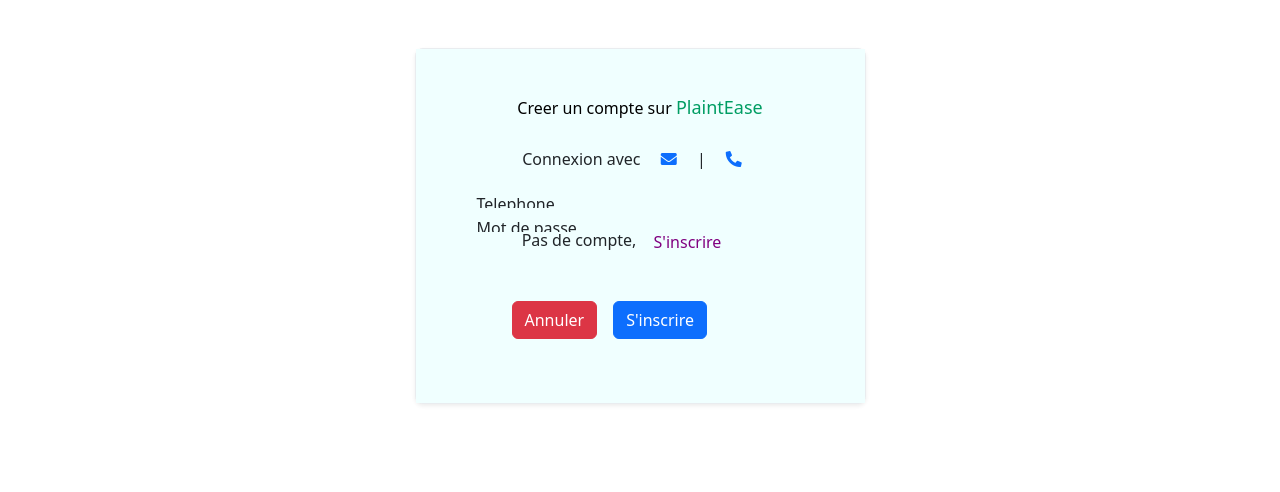
Repository: Senare1/PlaintEasy
Page: accounts/templates/accounts/login_phone.html
These files come from the project's save history. The page is drawn as it stood at one moment and after the next save; the edit follows.
The browser window is 1280 px wide. The pictures show the whole page.
The template is drawn by Django 4.2. The application's start-up code is not run. The template is opened directly, without the code that normally fills it, so the values that code supplies are empty.

Above is the page before, as saved 2024-08-10 13:46:23.

After the next save:
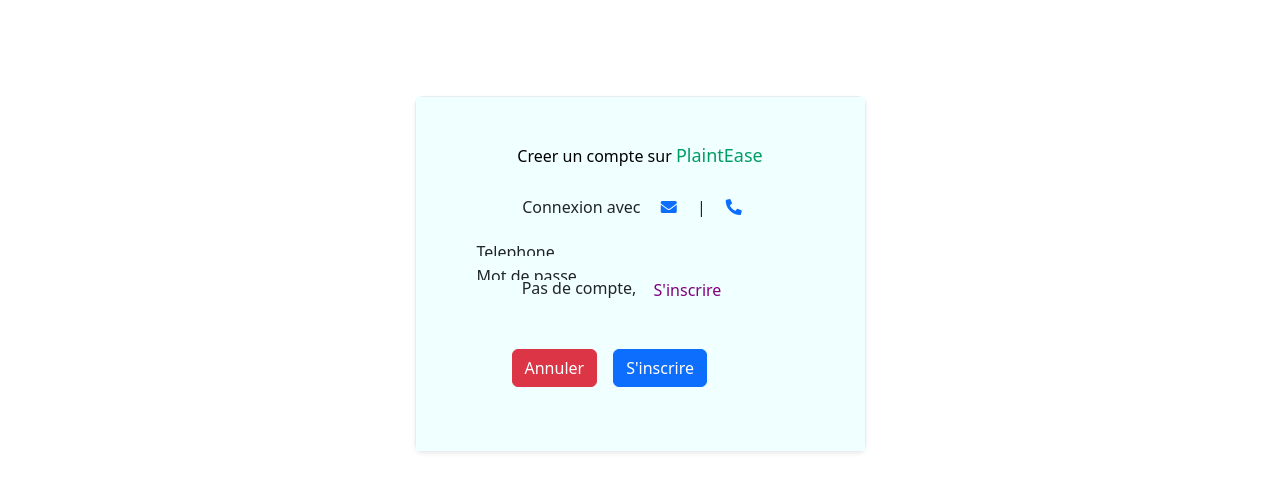
Saved 58 s later.
--- a/accounts/templates/accounts/login_phone.html
+++ b/accounts/templates/accounts/login_phone.html
@@ -26,7 +26,7 @@
 </head>
 <body>
 
-    <section class="py-3 py-md-5">
+    <section class="py-3 py-md-5 my-5">
         <div class="container">
           <div class="row justify-content-center">
             <div class="col-12 col-sm-10 col-md-8 col-lg-6 col-xl-5 col-xxl-4">

After the save that followed:
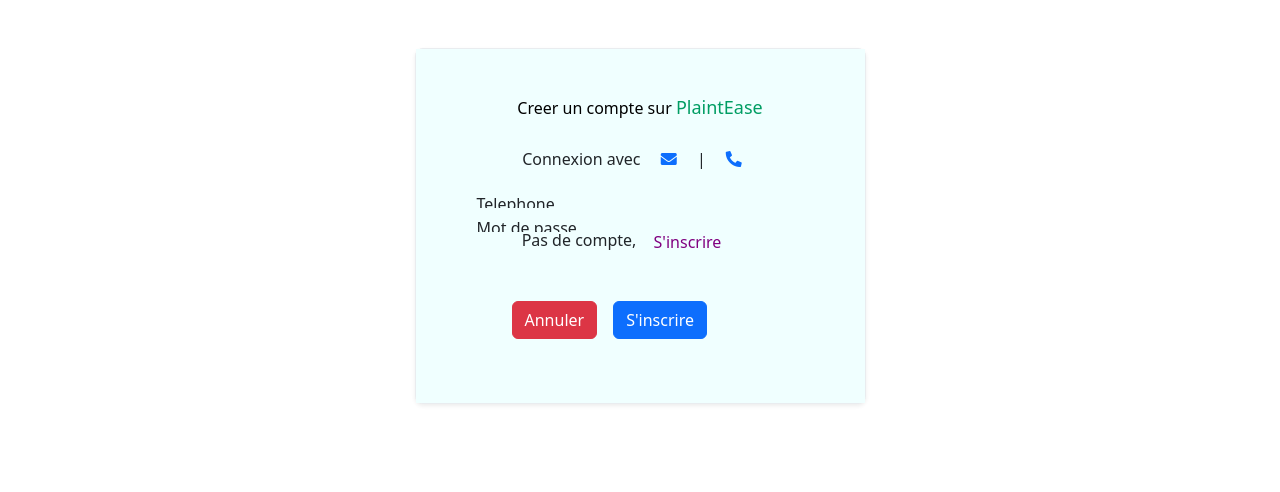
Saved 24 s later.
--- a/accounts/templates/accounts/login_phone.html
+++ b/accounts/templates/accounts/login_phone.html
@@ -26,7 +26,7 @@
 </head>
 <body>
 
-    <section class="py-3 py-md-5 my-5">
+    <section class="py-3 py-md-5 my-auto">
         <div class="container">
           <div class="row justify-content-center">
             <div class="col-12 col-sm-10 col-md-8 col-lg-6 col-xl-5 col-xxl-4">
